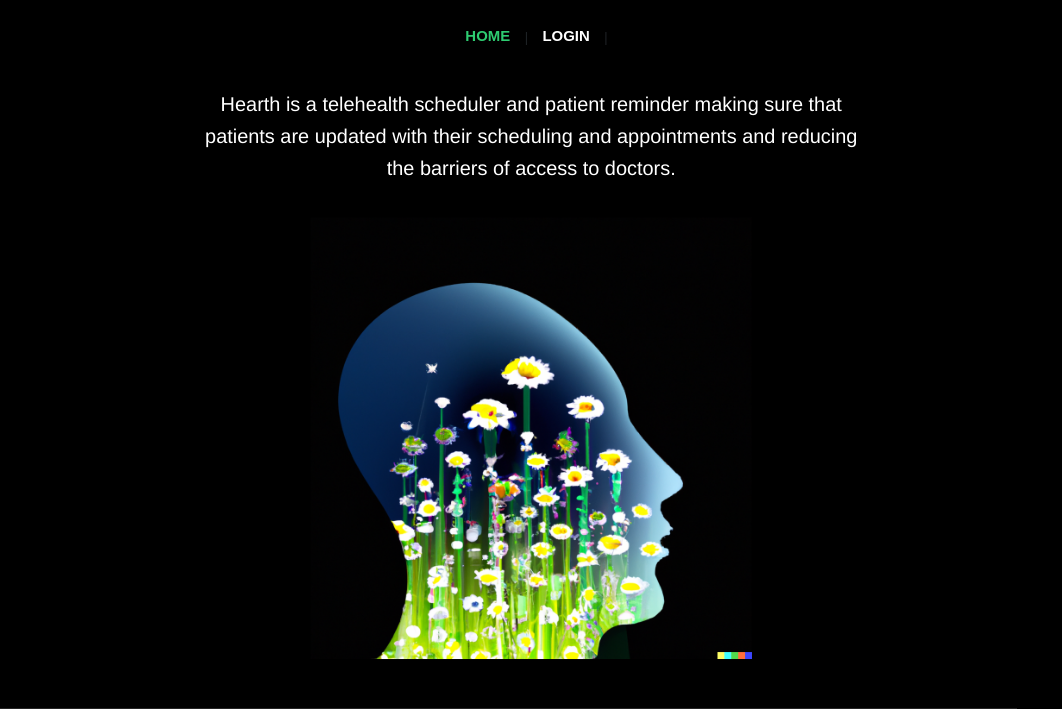
Repository: ag1372/RutgersHealthHackathon
Page: / (app in ruhealthhack/)
An editor plug-in stored every save of this project. The page is shown before and after the next save, followed by the edit.
The browser window is 1280 px wide. The pictures show the whole page, at 83% of full size.
The project was rebuilt for these pictures with package versions that can differ from the ones it lists, and the page was loaded fresh each time. Also part of the build but not shown: ruhealthhack/vue.config.js, ruhealthhack/views/Login.vue, ruhealthhack/views/Registration.vue.

Above is the page before, as saved 2023-11-04 18:42:49.

After the next save:
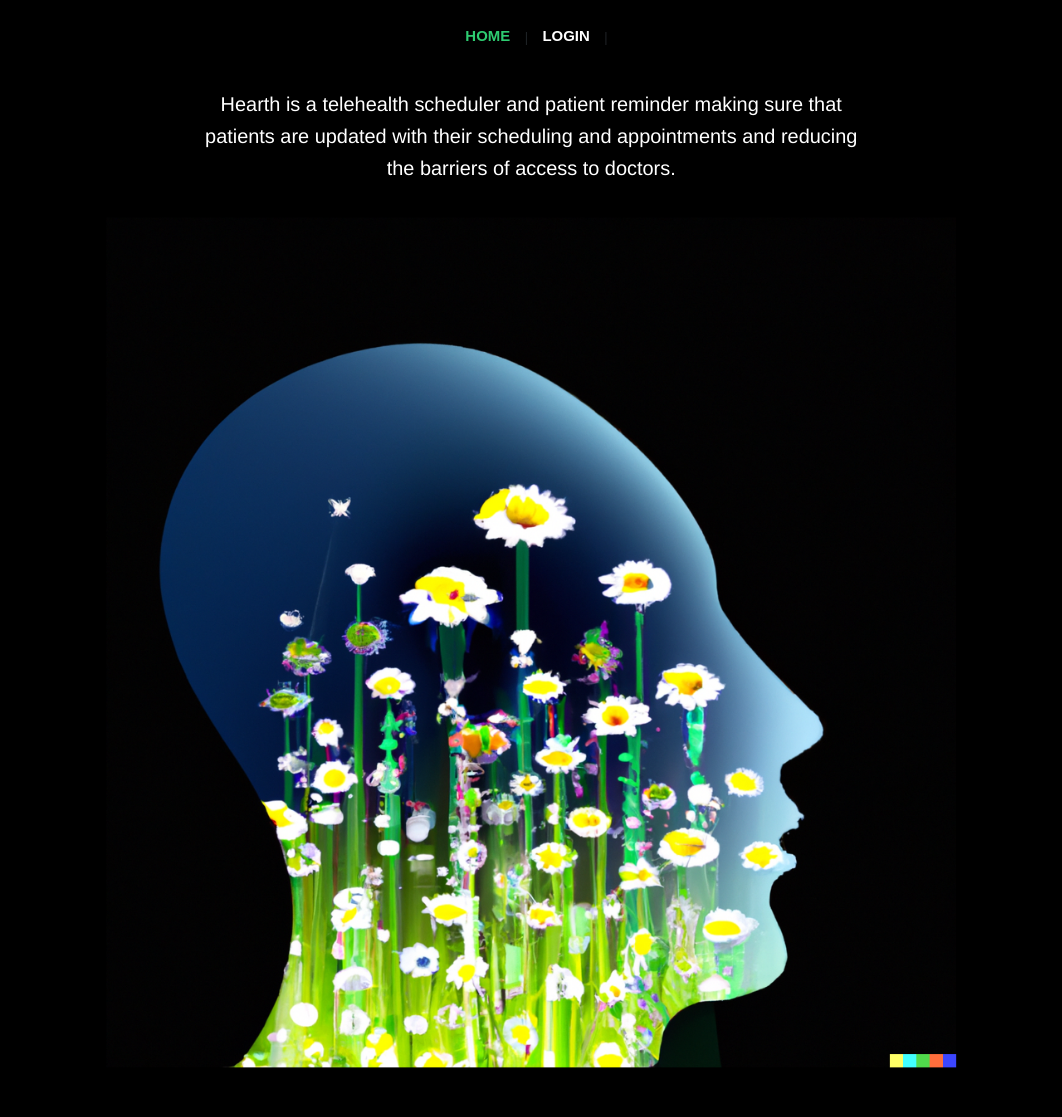
Saved 9 min 55 s later.
--- a/ruhealthhack/views/Home.vue
+++ b/ruhealthhack/views/Home.vue
@@ -32,14 +32,14 @@
   font-size: 24px;
   font-weight: 400;
   color: white;
-  max-width: 50%; /* Adjust as per your layout requirement */
+  width: 100%; /* Make the text section full width */
   margin: 20px;
   line-height: 1.6;
 }
 
 .image-section {
-  max-width: 50%; /* Adjust as per your layout requirement */
-  margin: 20px;
+  float: left; /* Float the image to the left */
+  margin: 20px 0; /* Update margin to remove right margin */
 }
 
 .image-section img {
@@ -48,4 +48,5 @@
   display: block; /* Remove extra space below the image */
 }
   @import '/stylesheets/styles.css';
+
   </style>

After the save that followed:
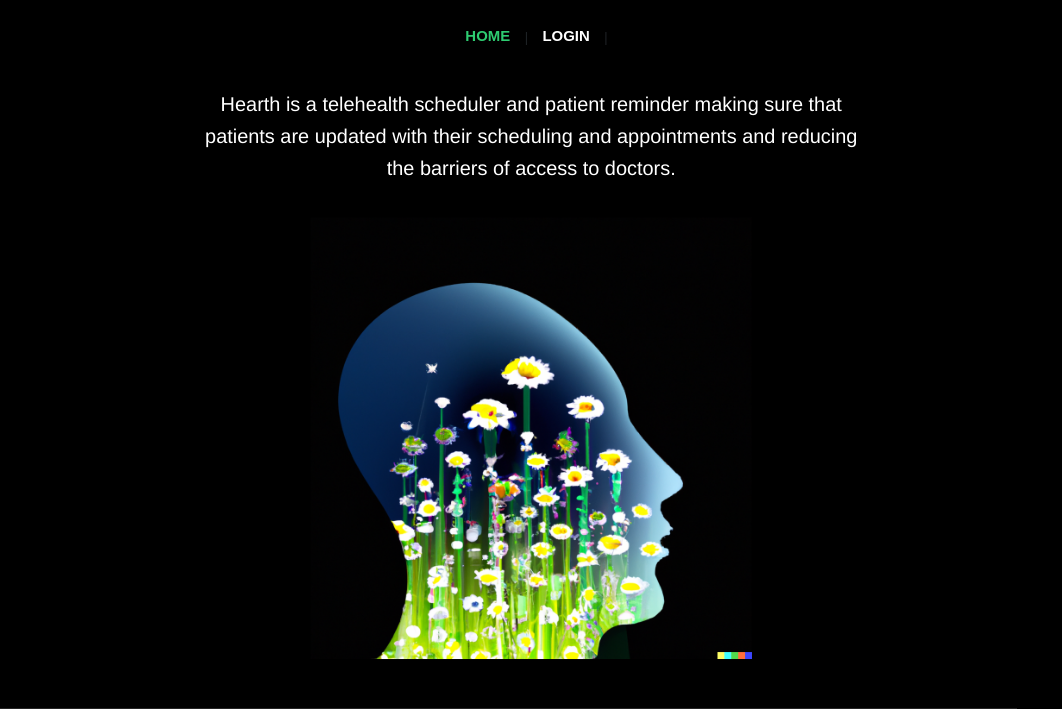
Saved 12 s later.
--- a/ruhealthhack/views/Home.vue
+++ b/ruhealthhack/views/Home.vue
@@ -32,14 +32,14 @@
   font-size: 24px;
   font-weight: 400;
   color: white;
-  width: 100%; /* Make the text section full width */
+  max-width: 50%; /* Adjust as per your layout requirement */
   margin: 20px;
   line-height: 1.6;
 }
 
 .image-section {
-  float: left; /* Float the image to the left */
-  margin: 20px 0; /* Update margin to remove right margin */
+  max-width: 50%; /* Adjust as per your layout requirement */
+  margin: 20px;
 }
 
 .image-section img {
@@ -48,5 +48,4 @@
   display: block; /* Remove extra space below the image */
 }
   @import '/stylesheets/styles.css';
-
   </style>
